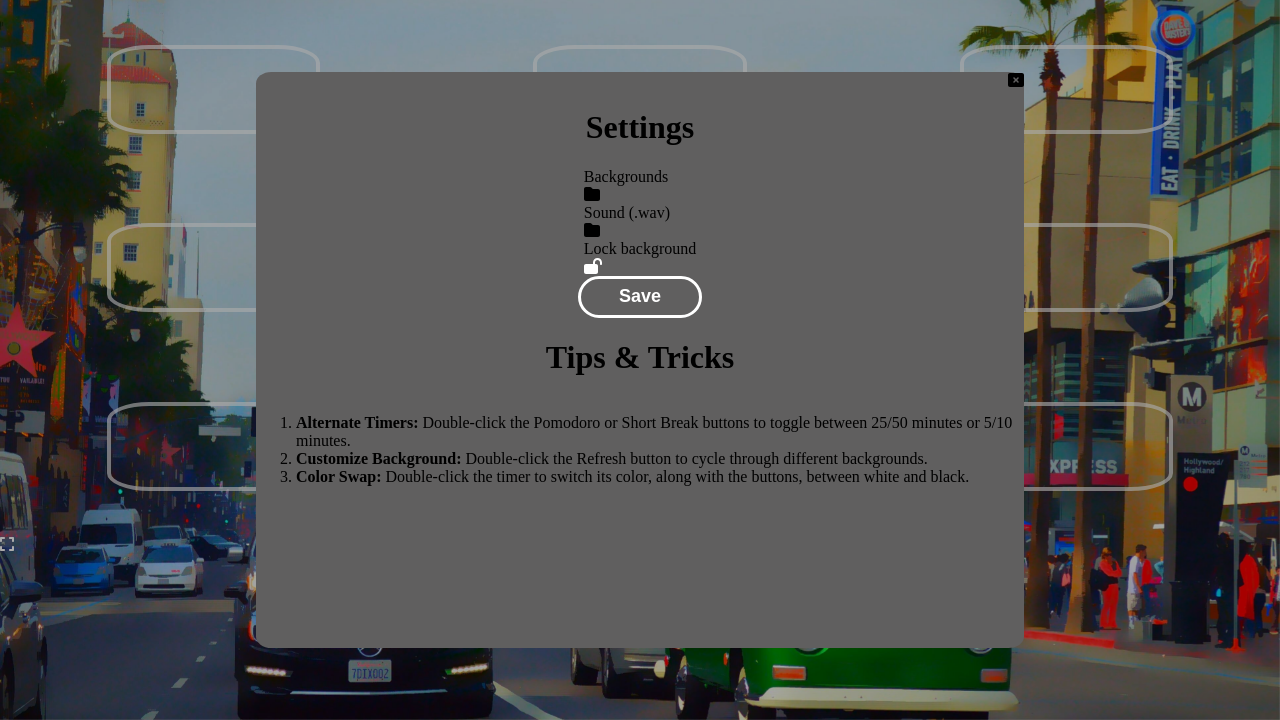
Repository: ttommytan/pomodoro
Page: /, after clicking the first element matching `svg.fa-gear`
These files come from the project's save history. The page is drawn as it stood at one moment and after a run of saves; the edit follows.
The browser window is 1280 px wide. The pictures show the whole page.
The project was rebuilt for these pictures with package versions that can differ from the ones it lists, and the page was loaded fresh each time. Also part of the build but not shown: vite.config.js, src/components/Test.jsx, src/components/SliderComponent.jsx. Imported but missing from the stored project, and not drawn on this page: src/assets/chime.wav.

Above is the page before, as saved 2024-08-27 11:19:04.

### index.html
<!doctype html>
<html lang="en">
  <head>
    <meta charset="UTF-8" />
    <link rel="icon" type="image/svg+xml" href="/vite.svg" />
    <meta name="viewport" content="width=device-width, initial-scale=1.0" />
    <title>Pomodoro Timer</title>
    <link rel="preconnect" href="https://fonts.googleapis.com">
    <link rel="preconnect" href="https://fonts.gstatic.com" crossorigin>
    <link href="https://fonts.googleapis.com/css2?family=Space+Grotesk:wght@300..700&display=swap" rel="stylesheet">
  </head>
  <body>
    <div id="root"></div>

    <script type="module" src="/src/main.jsx"></script>
  </body>
</html>

### src/App.jsx
import { useState } from 'react'
import Test from './components/Test'
import Countdown from './components/Countdown'
import SliderComponent from './components/SliderComponent'

function App() {
  const [count, setCount] = useState(0)

  return (
    <>

    <div className=''>
        <Countdown givenTime={1500}/>
    </div>
    </>
  )
}

export default App

### src/index.css
.big-container {
  top: 0;
  left: 0;
  width: 100%;
  height: 100%;
  position: absolute;
  display: grid;
  overflow: hidden;
  margin: 0;
  padding: 0;
  background-size: cover;
  background-repeat: no-repeat;
  background-attachment: fixed;
  background-position: center;

  grid-template-areas: "top-left top-mid top-right"
                       "mid-left mid-mid mid-right"
                       "bot-left bot-mid bot-right";
}

.containers-top-left, .containers-top-mid, .containers-top-right,
.containers-mid-left, .containers-mid-mid, .containers-mid-right,
.containers-bot-left, .containers-bot-mid, .containers-bot-right {
  width:500px;
  height: 300px;
  font-family: "Space Grotesk", sans-serif;
  font-weight: 400;
  display: flex;
  flex-direction: column;
  justify-content: space-evenly;
  align-items: center;
  position: absolute;
  top: 50%;
  left: 50%;
  transform: translate(-50%, -50%);
  padding: 10px;
  user-select: none;
  -moz-user-select: none;
  -khtml-user-select: none;
  -webkit-user-select: none;
  -o-user-select: none;
  z-index: 2;
}

.containers-top-left:hover, .containers-top-mid:hover, .containers-top-right:hover,
.containers-mid-left:hover, .containers-mid-mid:hover, .containers-mid-right:hover,
.containers-bot-left:hover, .containers-bot-mid:hover, .containers-bot-right:hover
{
  cursor: pointer;
}
.containers-top-left{
  grid-area: top-left;
  padding-top: 10%;
}
.containers-top-mid {
  grid-area: top-mid;
  padding-top: 10%;
}
.containers-top-right {
  grid-area: top-right;
  padding-top: 10%;
}

.containers-mid-left {
  grid-area: mid-left;
}
.containers-mid-mid {
  grid-area: mid-mid;
}
.containers-mid-right {
  grid-area: mid-right;
}


.containers-bot-left {
  grid-area: bot-left;
  padding-bottom: 10%;
}
.containers-bot-mid {
  grid-area: bot-mid;
  padding-bottom: 10%;
}
.containers-bot-right {
  grid-area: bot-right;
  padding-bottom: 10%;
}

.top-left, .top-mid, .top-right,
.mid-left, .mid-mid, .mid-right,
.bot-left, .bot-mid, .bot-right{
  height: 50%;
  width: 50%;
  margin:auto;
  border-radius: 20%;
  border: rgba(255, 255, 255, 0.637) .3em solid;
  opacity: 1;
  background-color: rgba(0, 0, 0, 0);
}

.top-left:hover, .top-mid:hover, .top-right:hover,
.mid-left:hover, .mid-mid:hover, .mid-right:hover,
.bot-left:hover, .bot-mid:hover, .bot-right:hover{
  opacity: 1;
}

.top-leftblack, .top-midblack, .top-rightblack,
.mid-leftblack, .mid-midblack, .mid-rightblack,
.bot-leftblack, .bot-midblack, .bot-rightblack{
  height: 50%;
  width: 50%;
  margin:auto;
  border-radius: 20%;
  border: rgba(0, 0, 0, 0.637) .3em solid;
  opacity: 0;
  background-color: rgba(0, 0, 0, 0);
}

.top-leftblack:hover, .top-midblack:hover, .top-rightblack:hover,
.mid-leftblack:hover, .mid-midblack:hover, .mid-rightblack:hover,
.bot-leftblack:hover, .bot-midblack:hover, .bot-rightblack:hover{
  opacity: 1;
}

.top-left {grid-area: top-left;}
.top-mid {grid-area: top-mid;}
.top-right {grid-area: top-right;}

.mid-left {grid-area: mid-left;}
.mid-mid {grid-area: mid-mid;}
.mid-right {grid-area: mid-right;}

.bot-left {grid-area: bot-left;}
.bot-mid {grid-area: bot-mid;}
.bot-right {grid-area: bot-right;}





.inner-element {
  font-size: 80px;
  flex-wrap: wrap;
  text-align: center;
  margin:0;

}


.time {
  margin: 0;
  color: white;
}

.timeblack {
  margin: 0;
  color: black;
}


.buttons, .buttonsactive, .pause-button {
  margin: 0 5px; /* Add some space between buttons */
  cursor: pointer;
  color: white;
  border-radius: 30px;
  width: 124px;
  height: 42px;
  font-size: 18px;
  box-shadow: none;
  border: solid white;
  background-color: rgba(255, 255, 255, 0);
  font-weight: 600;

}

.buttonsactive{
  background-color: white;
  color: black;
}
.buttons:hover{
  background-color: white;
  color: black
}
.pause-button:hover{
  background-color: rgba(255, 255, 255, 0);
  color: white;
}

.buttonsblack, .buttonsactiveblack, .pause-buttonblack {
  margin: 0 5px; /* Add some space between buttons */
  cursor: pointer;
  color: black;
  border-radius: 30px;
  width: 124px;
  height: 42px;
  font-size: 18px;
  box-shadow: none;
  border: solid black;
  background-color: rgba(255, 255, 255, 0);
  font-weight: 600;

}
.buttonsactiveblack{
  background-color: black;
  color: white;
}
.buttonsblack:hover{
  background-color: black;
  color: white
}

.pause-buttonblack:hover{
  background-color: rgba(255, 255, 255, 0);
  color: black;
}

.pause-button {
  width: 100px;
  background-color: white;
  color: black
}

.pause-buttonblack {
  width: 100px;
  background-color: black;
  color: white
}


.bg-img{
  width: 100%;
  height: 100%;
  display: block;
}


.top-buttons {
  transition: opacity .8s ease-in-out;
  opacity: 1;
}

.top-buttonshide {
  opacity: 0;
  transition: opacity .8s ease-in-out;
}




.slider-container {
  max-width: 600px;
  margin: auto;
}

.slide {
  padding: 20px;
  font-size: 18px;
  text-align: center;
}

.slick-dots li button:before {
  font-size: 12px;
  color: blue; /* Change this to the color you prefer */
}

.slick-dots li.slick-active button:before {
  color: red !important; /* Change this to the color you prefer */
}

.slick-prev:before,
.slick-next:before {
  color: black; /* Change this to the color you prefer */
}

.top-right{
  position: relative;
}

.settings{
  grid-area: top-right;
  width: 45px;
  height: 45px;
  margin: auto;
  z-index: 1;
}

.outer-popup{
  position: fixed;
  top: 0;
  left: 0;
  width: 100%;
  height: 100vh;
  display: flex;
  justify-content: center;
  align-items: center;
  background-color: rgba(0, 0, 0, 0.332);
  z-index: 1000;
}

.inner-popup {
  background-color: rgb(96, 95, 95);
  width: 60%;
  height: 80%;
  display: flex;
  flex-direction: column;
  align-items: center;
  border-radius: 2%;
  z-index: 1001;
  padding: auto;
}

.exit{
  align-self: flex-end;
}

Loaded but not shown: src/main.jsx (common file); src/components/Countdown.jsx (615 lines, source omitted)

After the next 3 saves:
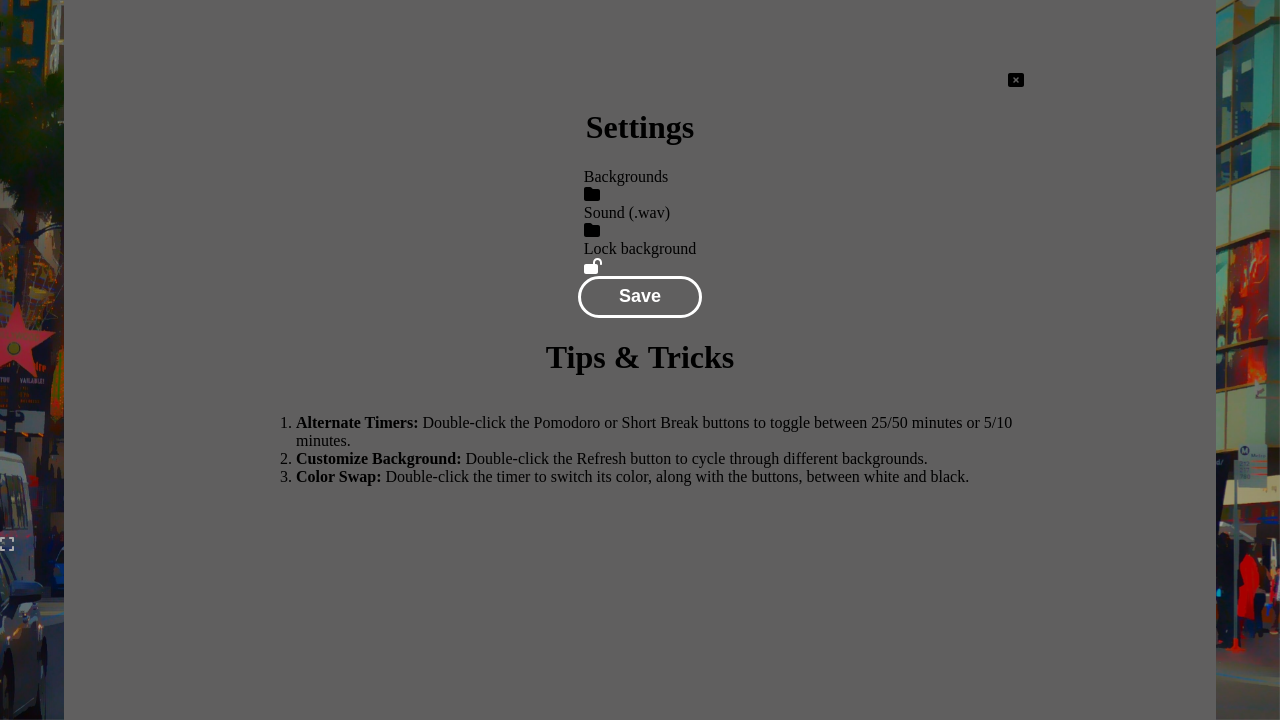
The 3 saves are shown as one change because they came seconds apart.
The last was saved 8 s later.
--- a/src/index.css
+++ b/src/index.css
@@ -305,7 +305,7 @@
   align-items: center;
   border-radius: 2%;
   z-index: 1001;
-  padding: auto;
+  padding: 10% 15%;
 }
 
 .exit{

After the save that followed:
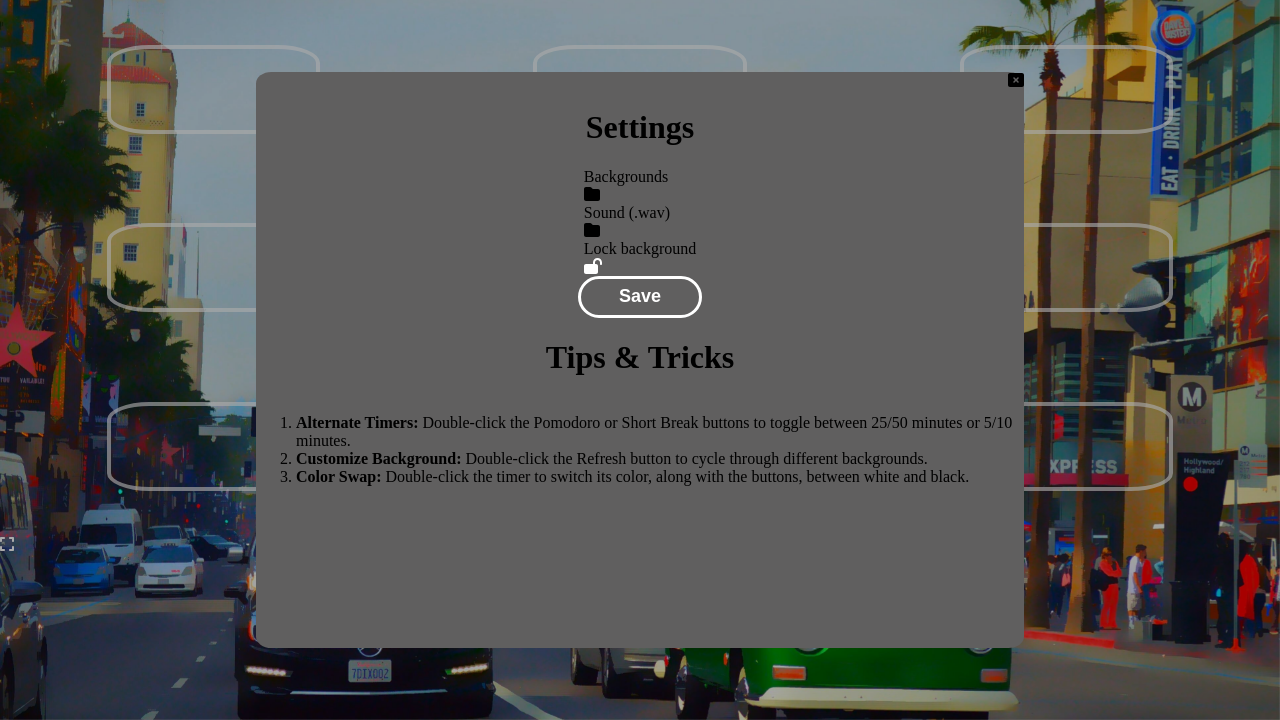
Saved 7 s later.
--- a/src/index.css
+++ b/src/index.css
@@ -305,7 +305,6 @@
   align-items: center;
   border-radius: 2%;
   z-index: 1001;
-  padding: 10% 15%;
 }
 
 .exit{
